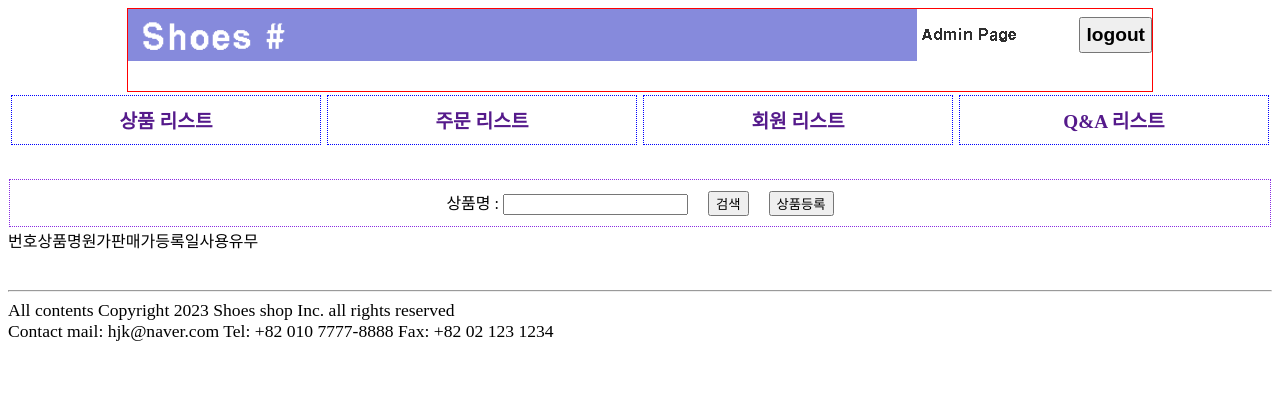
Repository: kkm41/SQL
Page: http://localhost/WEB12_ShoesShop/admin/product/productList.jsp
The author's editor kept a copy of each file at every save. The page is drawn from the files as they stood at one save, then again after the next save.
The browser window is 1280 px wide. The pictures show the whole page.
The page is served by Tomcat 10. The template is opened directly, without the code that normally fills it, so the values that code supplies are empty.

Above is the page before, as saved 2024-05-23 03:18:42.

After the next save:
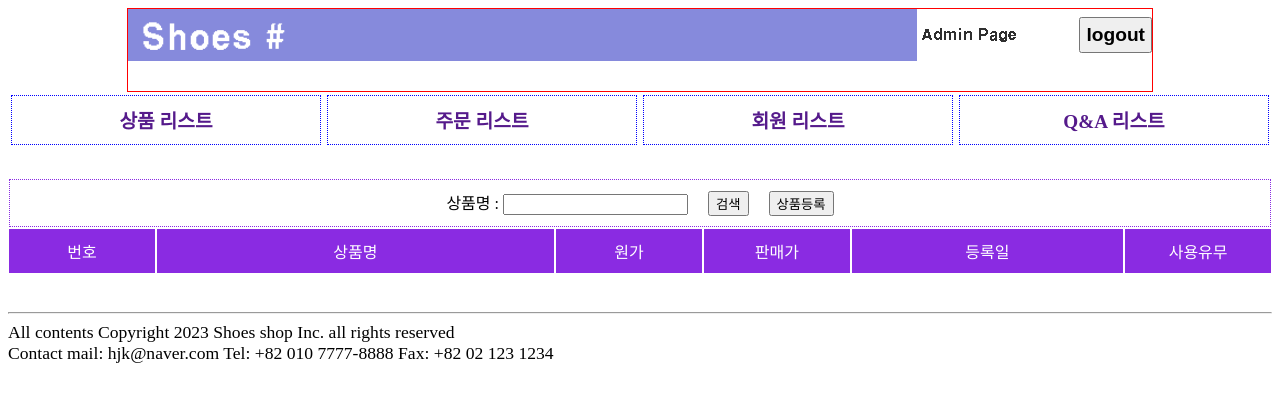
Saved 23 s later.
--- a/workspace/WEB12_ShoesShop/src/main/webapp/admin/product/productList.jsp
+++ b/workspace/WEB12_ShoesShop/src/main/webapp/admin/product/productList.jsp
@@ -19,12 +19,12 @@
 			</div>
 		</div>
 		<div class="row">
-			<div class="cotitle">번호</div>
-			<div class="cotitle">상품명</div>
-			<div class="cotitle">원가</div>
-			<div class="cotitle">판매가</div>
-			<div class="cotitle">등록일</div>
-			<div class="cotitle">사용유무</div>
+			<div class="coltitle">번호</div>
+			<div class="coltitle">상품명</div>
+			<div class="coltitle">원가</div>
+			<div class="coltitle">판매가</div>
+			<div class="coltitle">등록일</div>
+			<div class="coltitle">사용유무</div>
 		</div>
 		<c:forEach items="${productList}" var="productVO">
 			<div class="row">
